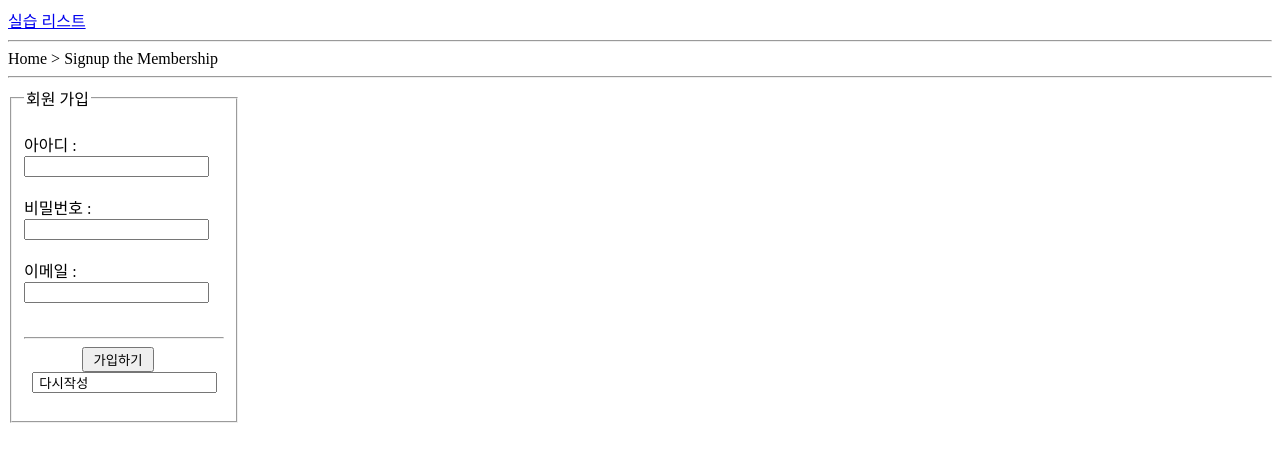
Repository: dhc518/WebProgramming_2023
Page: http://localhost/JSPStudy/ch11/signup.jsp
The author's editor kept a copy of each file at every save. The page is drawn from the files as they stood at one save, then again after the next save.
The browser window is 1280 px wide. The pictures show the whole page.
The page is served by Tomcat 9.

Above is the page before, as saved 2023-05-19 05:23:25.

After the next save:
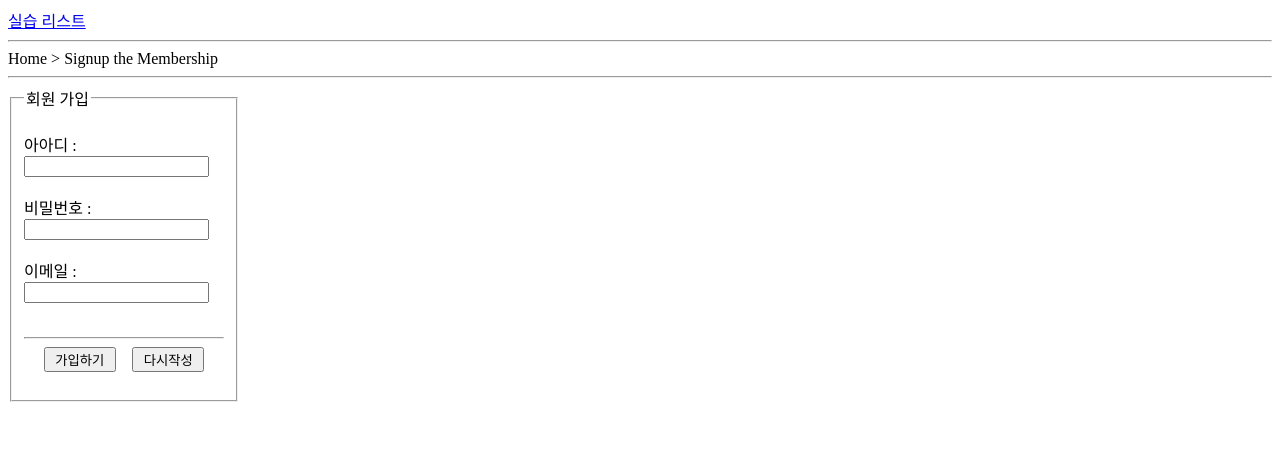
Saved 14 s later.
--- a/Project/JSPStudy/src/main/webapp/ch11/signup.jsp
+++ b/Project/JSPStudy/src/main/webapp/ch11/signup.jsp
@@ -28,7 +28,7 @@
 
 		<div align="center">
 			<input type="submit" value=" 가입하기 "> &nbsp;&nbsp;
-			<input type="result" value=" 다시작성 ">
+			<input type="reset" value=" 다시작성 ">
 		</div><br>
 		</fieldset>
 	</form>
